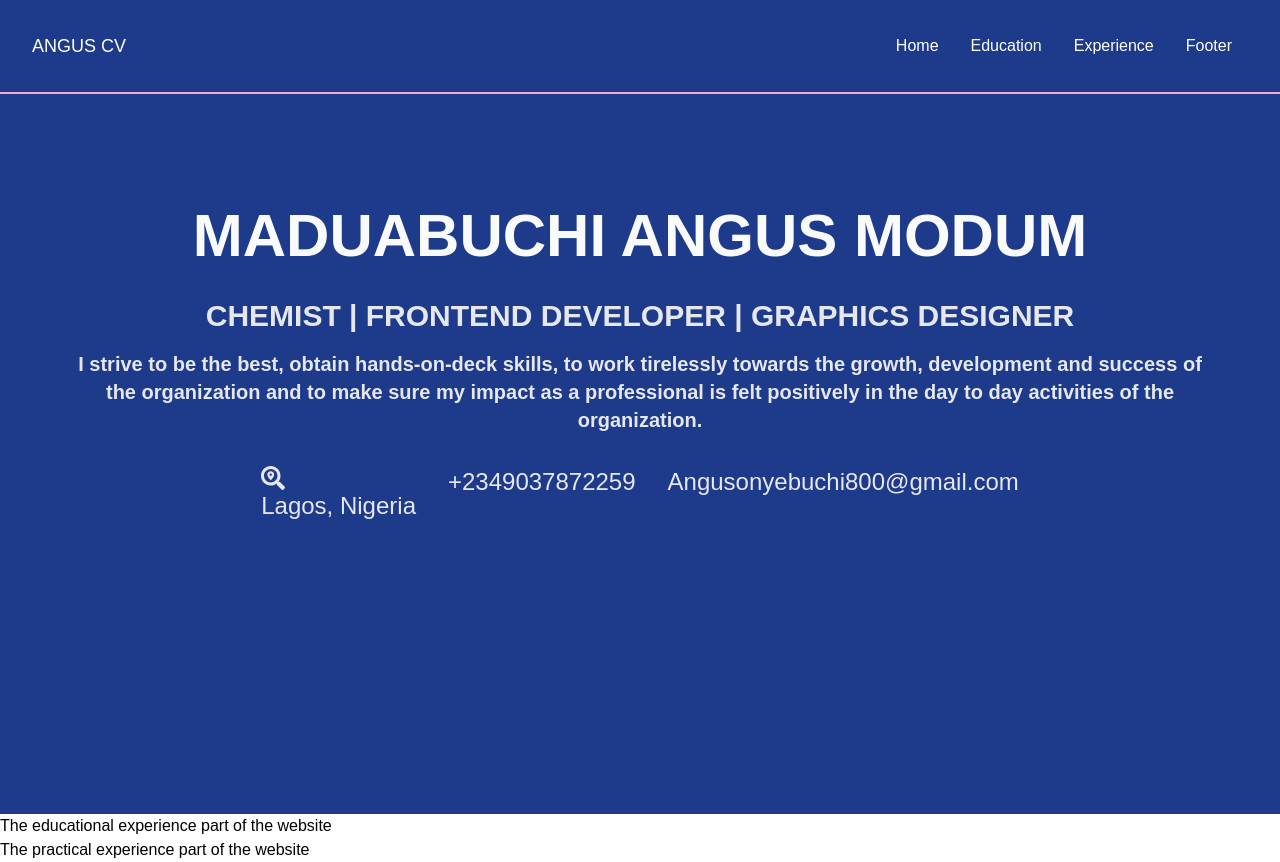
Repository: AngusOnyebuchi/AngusOnyebuchi.github.io
Page: /
The author's editor kept a copy of each file at every save. The page is drawn from the files as they stood at one save, then again after the next save.
The browser window is 1280 px wide. The pictures show the whole page.
The project was rebuilt for these pictures with package versions that can differ from the ones it lists, and the page was loaded fresh each time.

Above is the page before, as saved 2022-04-17 16:05:19.

After the next save:
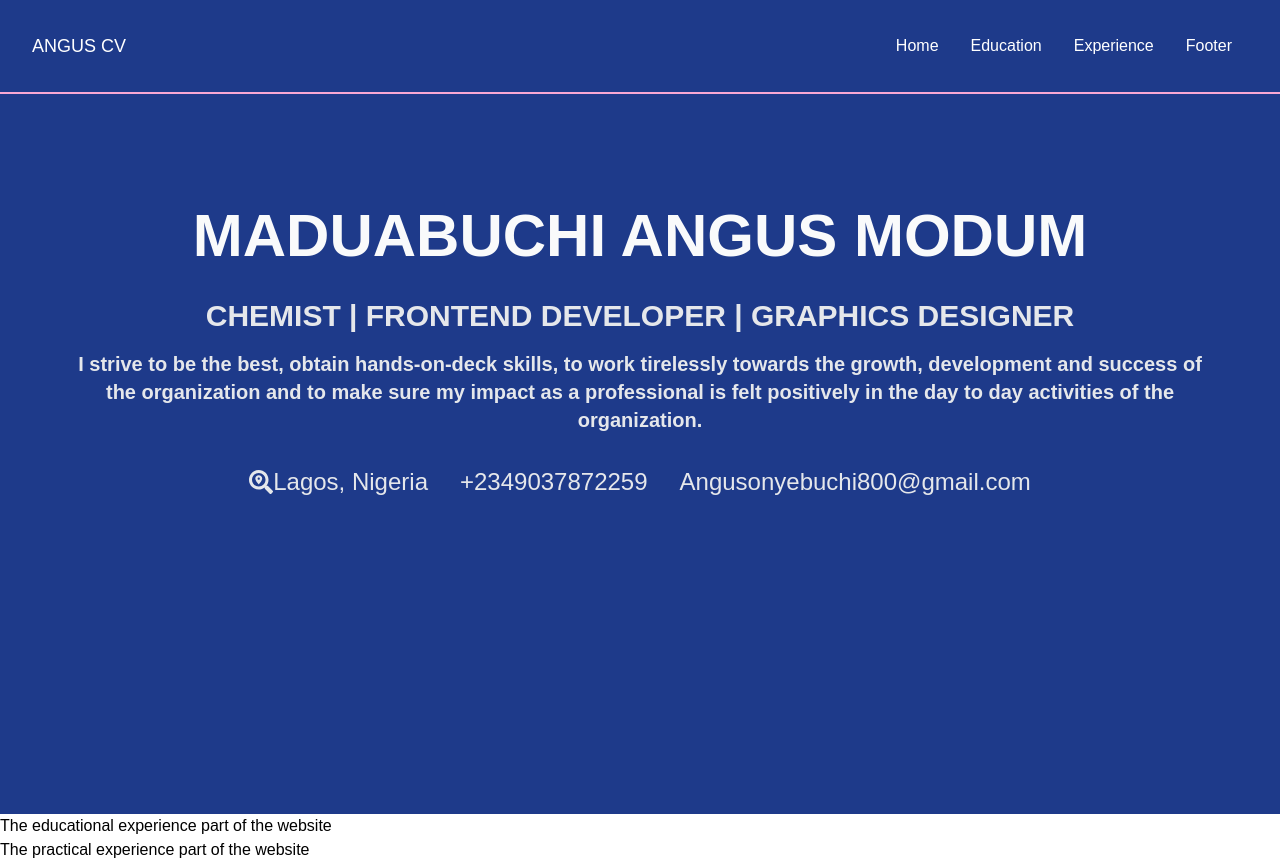
Saved 33 s later.
--- a/src/components/Home.js
+++ b/src/components/Home.js
@@ -11,9 +11,9 @@ export default function Home() {
                 as a professional is felt positively in the day to day activities of the organization.</p>
 
             <div className="flex flex-cols-3 gap-8 text-2xl justify-center text-center pt-8">
-                <div>
+                <div className="flex items-center">
                     <FaSearchLocation/>
-                    <h4 className="mx-0 items-center">Lagos, Nigeria</h4>
+                    <h4 className="mx-0">Lagos, Nigeria</h4>
                 </div>
                 <h4 className="mx-0">+2349037872259</h4>
                 <h4  className="mx-0">Angusonyebuchi800@gmail.com</h4>
